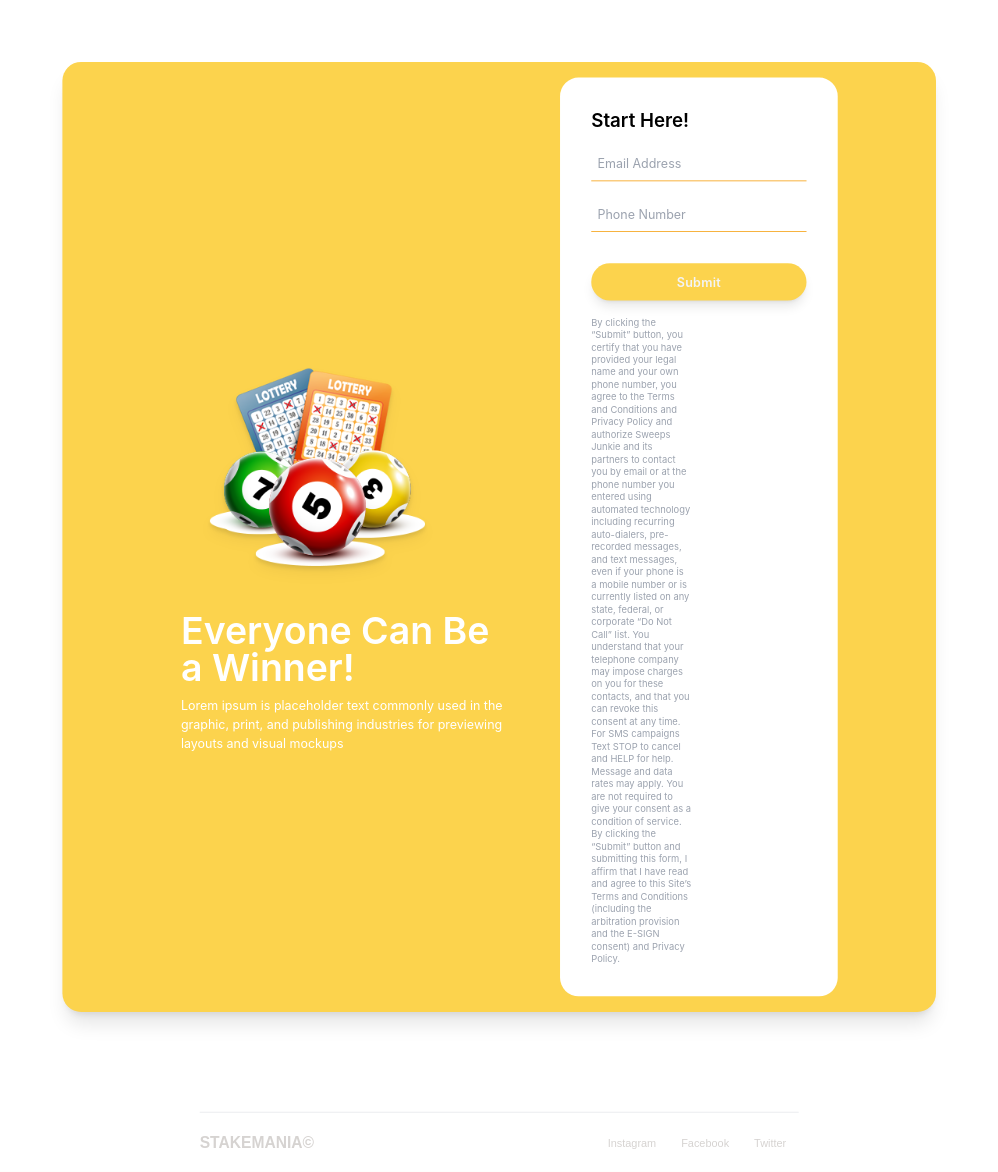
Repository: VictorJPimentel/Lottery
Page: /
The author's editor kept a copy of each file at every save. The page is drawn from the files as they stood at one save, then again after the next save.
The browser window is 1280 px wide. The pictures show the part of the page from y = 384 to 1887 px (the page is 1887 px tall), at 78% of full size.
Backgrounds fixed to the window are drawn as part of the page. The project was rebuilt for these pictures with package versions that can differ from the ones it lists, and the page was loaded fresh each time. Also part of the build but not shown: src/App.css.

Above is the page before, as saved 2022-08-12 20:34:21.

After the next save:
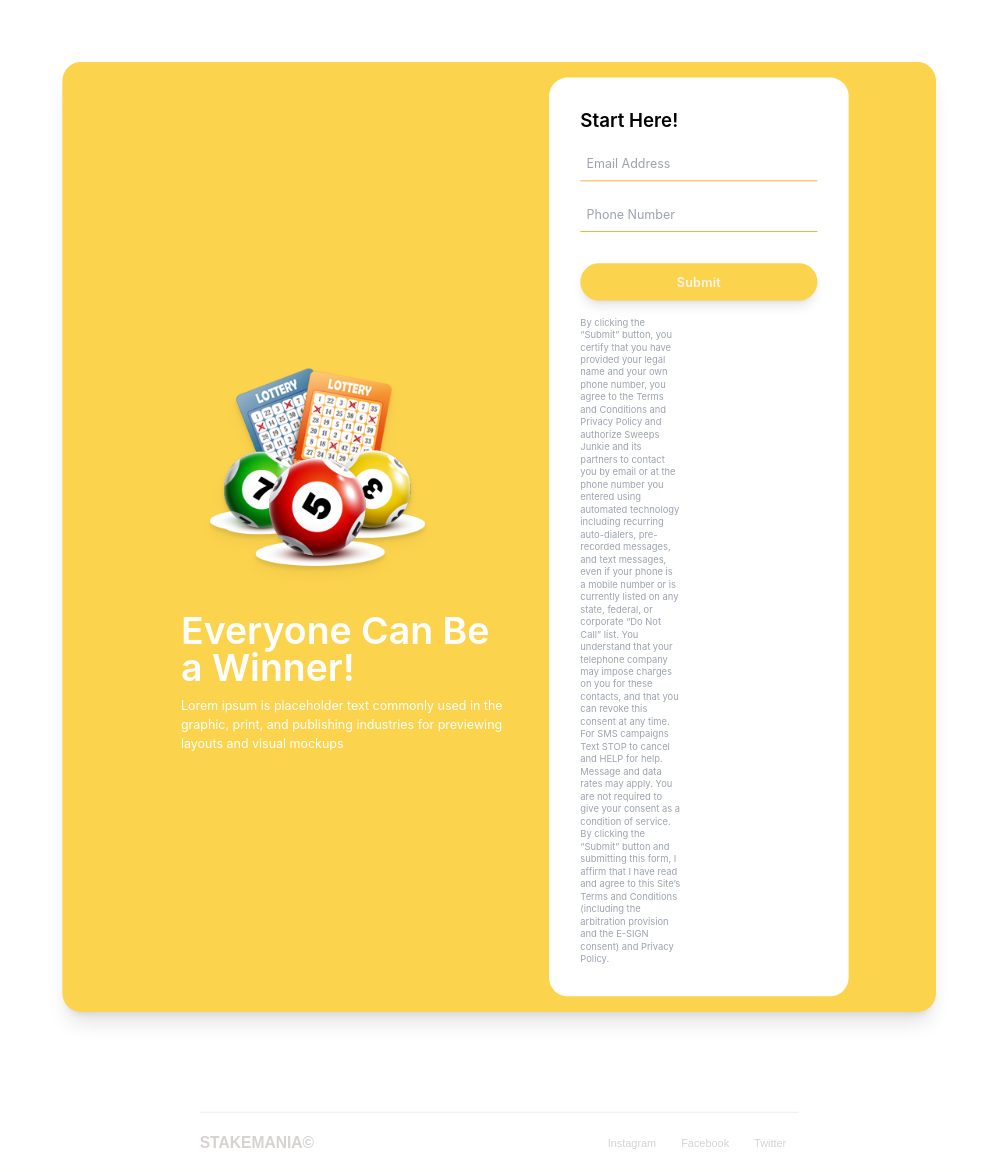
Saved 90 s later.
--- a/src/components/Form.jsx
+++ b/src/components/Form.jsx
@@ -19,8 +19,8 @@ function Form() {
             </p>
           </div>
         </div>
-        <div className="flex justify-center self-center  z-10 w-96">
-          <div className="p-12 bg-primary mx-auto rounded-3xl w-100 xl:p-10 ">
+        <div className="flex justify-center self-center  z-10 ">
+          <div className="p-12 bg-primary mx-auto rounded-3xl w-100 xl:p-10 w-96 ">
             <div className="mb-4">
               <h3 className="font-semibold text-2xl text-black">
                 Start Here!{" "}
